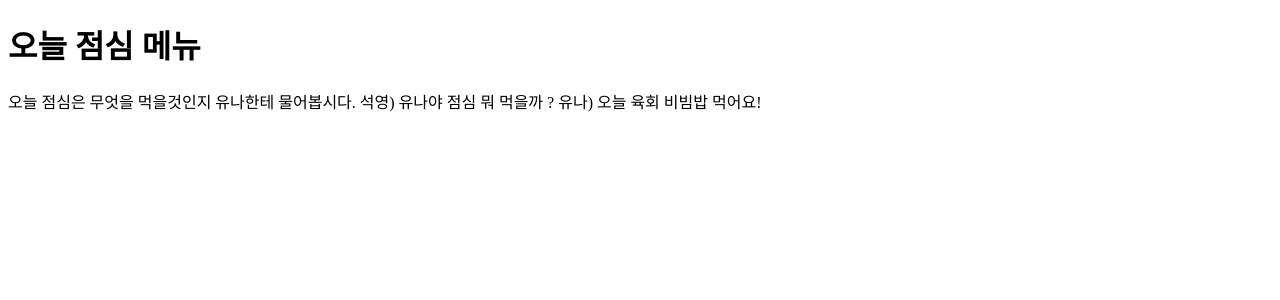
Repository: donggunjang/KOSTA_FE
Page: day0703/src/main/webapp/ex03.html
An editor plug-in stored every save of this project. The page is shown before and after the next save, followed by the edit.
The browser window is 1280 px wide. The pictures show the whole page.

Above is the page before, as saved 2024-07-03 02:38:31.

### day0703/src/main/webapp/ex03.html
<!DOCTYPE html>
<html>
<head>
<meta charset="EUC-KR">
<title>Insert title here</title>
</head>
<body>
	<h1>오늘 점심 메뉴</h1>
	오늘 점심은 무엇을 먹을것인지 유나한테 물어봅시다.
	석영) 유나야 점심 뭐 먹을까 ?
	유나) 오늘 육회 비빔밥 먹어요!
</body>
</html>

After the next save:
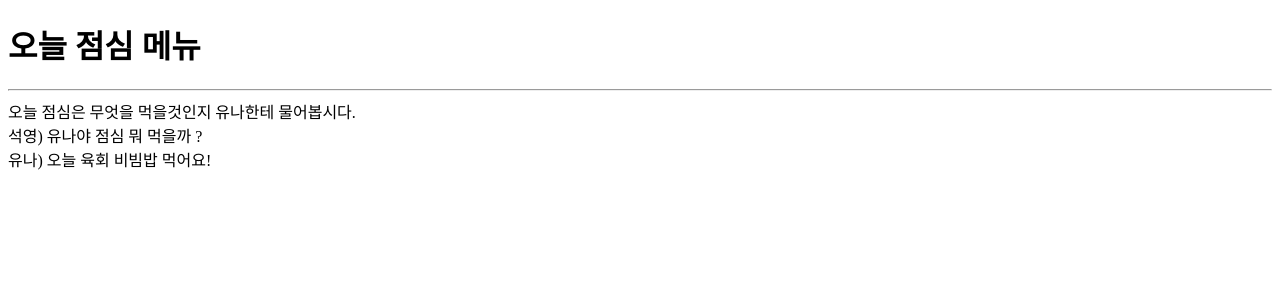
Saved 50 s later.
--- a/day0703/src/main/webapp/ex03.html
+++ b/day0703/src/main/webapp/ex03.html
@@ -6,8 +6,9 @@
 </head>
 <body>
 	<h1>오늘 점심 메뉴</h1>
-	오늘 점심은 무엇을 먹을것인지 유나한테 물어봅시다.
-	석영) 유나야 점심 뭐 먹을까 ?
-	유나) 오늘 육회 비빔밥 먹어요!
+	<hr>
+	오늘 점심은 무엇을 먹을것인지 유나한테 물어봅시다.<br>
+	석영) 유나야 점심 뭐 먹을까 ? <br>
+	유나) 오늘 육회 비빔밥 먹어요! <br>
 </body>
 </html>
